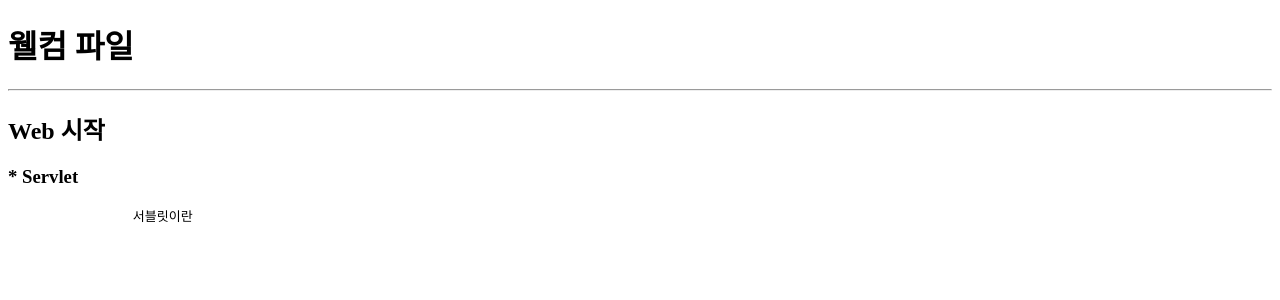
Repository: Simyoungdo04/dynamic-workspace
Page: FirstProject/src/main/webapp/index.html
The author's editor kept a copy of each file at every save. The page is drawn from the files as they stood at one save, then again after the next save.
The browser window is 1280 px wide. The pictures show the whole page.

Above is the page before, as saved 2026-05-04 03:21:53.

After the next save:
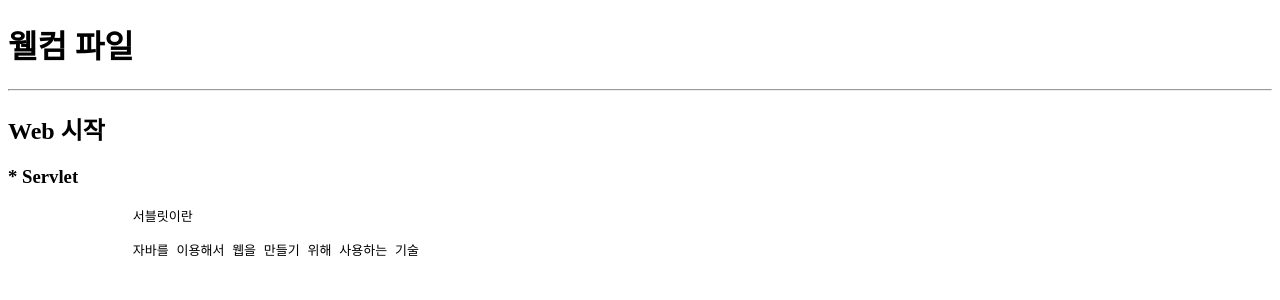
Saved 12 s later.
--- a/FirstProject/src/main/webapp/index.html
+++ b/FirstProject/src/main/webapp/index.html
@@ -65,6 +65,7 @@
 	 <pre>
 	 	서블릿이란
 
+	 	자바를 이용해서 웹을 만들기 위해 사용하는 기술
 	 </pre>
 
 
